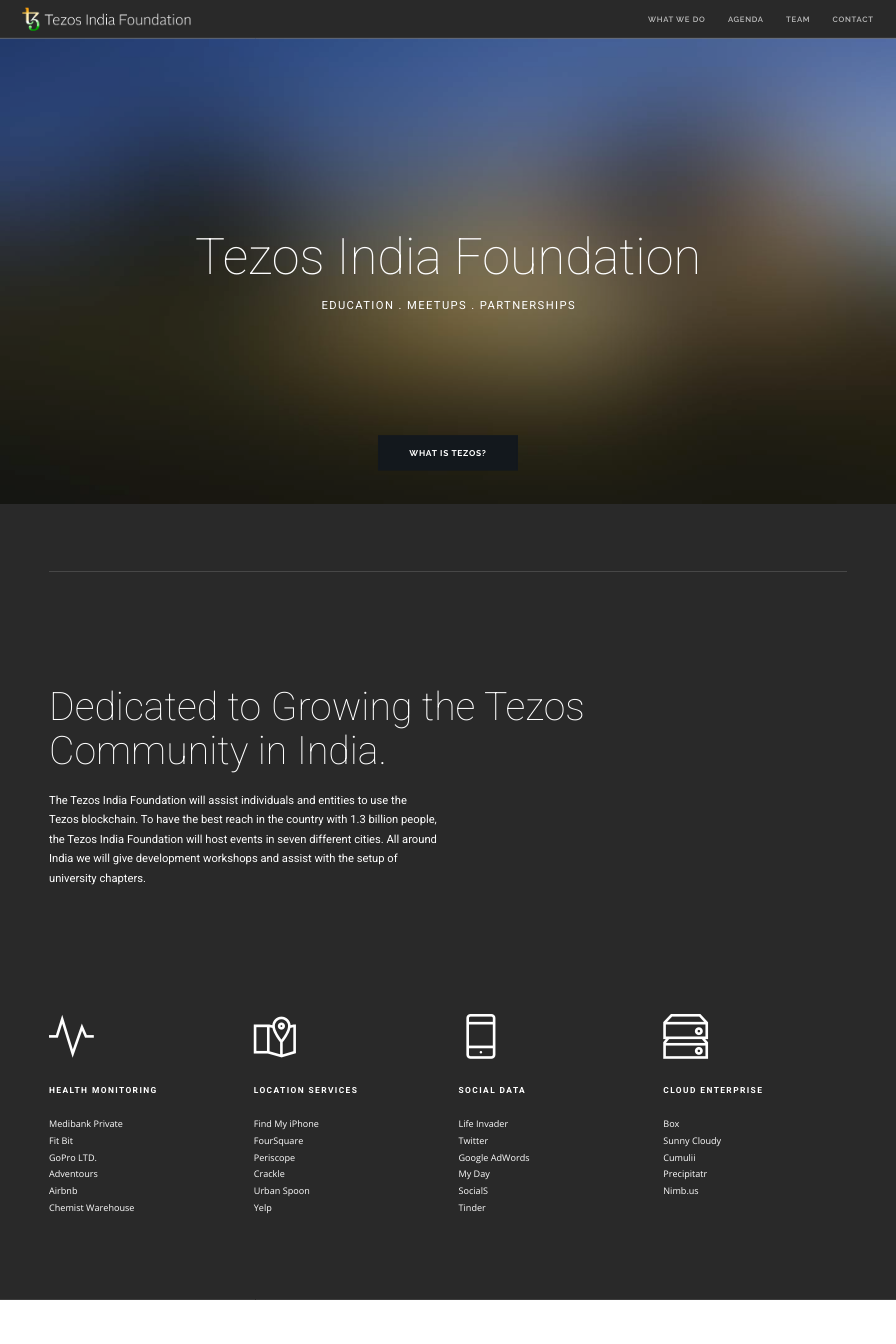
Repository: Tezos-India-Foundation/TIF-Website
Page: Tezos India Website/page.html
These files come from the project's save history. The page is drawn as it stood at one moment and after the next save; the edit follows.
The browser window is 1280 px wide. The pictures show the part of the page from y = 0 to 1920 px (the page is 4133 px tall), at 70% of full size.

Above is the page before, as saved 2019-08-06 15:25:07.

### Tezos India Website/page.html
<!doctype html>
<html lang="en">

<head>
	<meta charset="utf-8">
	<title></title>
	<meta name="viewport" content="width=device-width, initial-scale=1.0">
	<link href="css/font-awesome.min.css" rel="stylesheet" type="text/css" media="all">
	<link href="css/themify-icons.css" rel="stylesheet" type="text/css" media="all" />
	<link href="css/bootstrap.css" rel="stylesheet" type="text/css" media="all" />
	<link href="css/theme-nearblack.css" rel="stylesheet" type="text/css" media="all" />
	<link href="css/custom.css" rel="stylesheet" type="text/css" media="all" />
	<link
		href='http://fonts.googleapis.com/css?family=Lato:300,400%7CRaleway:100,400,300,500,600,700%7COpen+Sans:400,500,600'
		rel='stylesheet' type='text/css'>
	<link href="http://fonts.googleapis.com/css?family=Roboto:100,300,400,600,700" rel="stylesheet" type="text/css">
	<link href="css/font-roboto.css" rel="stylesheet" type="text/css">
</head>

<body>

	<div class="nav-container">




		<nav class="bg-dark">
			<div class="nav-bar">
				<div class="module left">
					<a href="index.html">
						<img class="logo logo-light" alt="Foundry" src="img\logo with text.png">
						<img class="logo logo-dark" alt="Foundry" src="img/logo-dark.png">
					</a>
				</div>
				<div class="module widget-handle mobile-toggle right visible-sm visible-xs">
					<i class="ti-menu"></i>
				</div>
				<div class="module-group right">
					<div class="module left">
						<ul class="menu">
							<li>
								<a href="#">What We Do</a>
							</li>
							<li>
								<a href="#">Agenda</a>
							</li>
							<li>
								<a href="#">Team</a>
							</li>
							<li>
								<a href="#">Contact</a>
							</li>
					</div>

				</div>
		</nav>





















































































	</div>

	<div class="main-container">





		<section class="cover fullscreen image-bg overlay">
			<div class="background-image-holder">
				<img alt="image" class="background-image" src="img/prop1.jpg">
			</div>
			<div class="container v-align-transform">
				<div class="row">
					<div class="col-sm-12 text-center">
						<h1 class="large mb16">Tezos India Foundation</h1>
						<h5 class="uppercase mb0">Education . meetups . partnerships</h5>
					</div>
				</div>

			</div>

			<div class="align-bottom relative-xs text-center" id="buttonslanding">
				<a class="btn btn-filled btn-lg mb32 mt-xs-40" href="#">What is Tezos?</a>
			</div>
		</section>
		<section class="bg-dark">
			<div class="container">
				<div class="row">
					<div class="col-sm-12">

						<hr class="mb160 mb-xs-24">
					</div>
				</div>

				<div class="row">
					<div class="col-md-10">
						<h1 class="thin">Dedicated to Growing the Tezos Community in India.</h1>
					</div>
				</div>

				<div class="row mb160 mb-xs-0">
					<div class="col-md-6 col-sm-8">
						<p class="lead">The Tezos India Foundation will assist individuals and
							entities to use the Tezos blockchain. To have the best reach in the country with 1.3 billion
							people, the Tezos India Foundation will host events in seven different cities. All around
							India we will give development workshops and assist with the setup of university
							chapters.&nbsp;</p>
					</div>
				</div>

				<div class="row">
					<div class="col-md-3 col-sm-6 mb-xs-24">
						<i class="ti-pulse icon mb32"></i>
						<h6 class="uppercase">Health Monitoring</h6>
						<ul>
							<li>Medibank Private</li>
							<li>Fit Bit</li>
							<li>GoPro LTD.</li>
							<li>Adventours</li>
							<li>Airbnb</li>
							<li>Chemist Warehouse</li>
						</ul>
					</div>
					<div class="col-md-3 col-sm-6 mb-xs-24">
						<i class="ti-map-alt icon mb32"></i>
						<h6 class="uppercase">Location Services</h6>
						<ul>
							<li>Find My iPhone</li>
							<li>FourSquare</li>
							<li>Periscope</li>
							<li>Crackle</li>
							<li>Urban Spoon</li>
							<li>Yelp</li>
						</ul>
					</div>
					<div class="col-md-3 col-sm-6 mb-xs-24">
						<i class="ti-mobile icon mb32"></i>
						<h6 class="uppercase">Social Data</h6>
						<ul>
							<li>Life Invader</li>
							<li>Twitter</li>
							<li>Google AdWords</li>
							<li>My Day</li>
							<li>SocialS</li>
							<li>Tinder</li>
						</ul>
					</div>
					<div class="col-md-3 col-sm-6 mb-xs-24">
						<i class="ti-harddrives icon mb32"></i>
						<h6 class="uppercase">Cloud Enterprise</h6>
						<ul>
							<li>Box</li>
							<li>Sunny Cloudy</li>
							<li>Cumulii</li>
							<li>Precipitatr</li>
							<li>Nimb.us</li>
						</ul>
					</div>
				</div>

			</div>

		</section>
		<section>
			<div class="container">
				<div class="row mb64 mb-xs-24">
					<div class="col-sm-12 text-center">
						<h3>Agenda</h3>

					</div>
				</div>

				<div class="row">
					<div class="col-md-offset-2 col-md-8">
						<div class="tabbed-content button-tabs">


									<div class="tab-content text-left">
										<div>
											<div class="overflow-hidden">
												<img alt="Pic" class="mb24 pull-left" src="img/avatar1.png">
												<div class="pull-left p32 p0-xs pt24">
													<h6 class="uppercase mb8 number">September 4, 2019 - 18:00</h6>
													<h4>Tezos Meetup in Delhi</h4>
												</div>
											</div>
											<p>
												Neque porro quisquam est, qui dolorem ipsum quia dolor sit amet,
												consectetur, adipisci velit, sed quia non numquam eius modi tempora
												incidunt ut labore et dolore magnam aliquam quaerat voluptatem. Ut enim
												ad minima veniam, quis nostrum exercitationem ullam corporis suscipit
												laboriosam, nisi ut aliquid ex ea commodi consequatur?
											</p>
											<hr class="mt40 mb40 mt-xs-0 mb-xs-24">
										</div>
										<div>
											<div class="overflow-hidden">
												<img alt="Pic" class="mb24 pull-left" src="img/avatar2.png">
												<div class="pull-left p32 p0-xs pt24">
													<h6 class="uppercase mb8 number">September 5, 2019 - 18:00</h6>
													<h4>Developer Workshop at ITT Delhi</h4>
												</div>
											</div>
											<p>
												Sed ut perspiciatis unde omnis iste natus error sit voluptatem
												accusantium doloremque laudantium, totam rem aperiam, eaque ipsa quae ab
												illo inventore veritatis et quasi architecto beatae vitae dicta sunt
												explicabo. Nemo enim ipsam voluptatem quia voluptas sit aspernatur aut
												odit aut fugit, sed quia consequuntur magni
											</p>
											<hr class="mt40 mb40 mt-xs-0 mb-xs-24">
										</div>
										<div>
											<div class="overflow-hidden">
												<img alt="Pic" class="mb24 pull-left" src="img/avatar2.png">
												<div class="pull-left p32 p0-xs pt24">
													<h6 class="uppercase mb8 number">September 5, 2019 - 18:00</h6>
													<h4>Developer Workshop at ITT Delhi</h4>
												</div>
											</div>
											<p>
												Sed ut perspiciatis unde omnis iste natus error sit voluptatem
												accusantium doloremque laudantium, totam rem aperiam, eaque ipsa quae ab
												illo inventore veritatis et quasi architecto beatae vitae dicta sunt
												explicabo. Nemo enim ipsam voluptatem quia voluptas sit aspernatur aut
												odit aut fugit, sed quia consequuntur magni
											</p>
											<hr class="mt40 mb40 mt-xs-0 mb-xs-24">
										</div>
									</div>

						</div>

					</div>
				</div>


		</section>
		<section class="bg-dark">
			<div class="container">
				<div class="row">
					<div class="col-md-4 col-sm-6">
						<div class="image-tile outer-title text-center">
							<img alt="Pic" src="img/team-1.jpg">
							<div class="title mb16">
								<h5 class="uppercase mb0">Bernd Oostrum</h5>
								<span>Director</span>
							</div>
							<p class="mb0">
								Sed ut perspiciatis unde omnis iste natus error sit voluptatem accusantium doloremque
								laudantium, totam rem aperiam, eaque ipsa quae ab illo inventore veritatis.
							</p>
						</div>
					</div>
					<div class="col-md-4 col-sm-6">
						<div class="image-tile outer-title text-center">
							<img alt="Pic" src="img/team-2.jpg">
							<div class="title mb16">
								<h5 class="uppercase mb0">Om Malviya</h5>
								<span>Director</span>
							</div>
							<p class="mb0">
								Sed ut perspiciatis unde omnis iste natus error sit voluptatem accusantium doloremque
								laudantium, totam rem aperiam, eaque ipsa quae ab illo inventore veritatis.
							</p>
						</div>
					</div>
					<div class="col-md-4 col-sm-6">
						<div class="image-tile outer-title text-center">
							<img alt="Pic" src="img/team-3.jpg">
							<div class="title mb16">
								<h5 class="uppercase mb0">Gokul Alex</h5>
								<span>Director</span>
							</div>
							<p class="mb0">
								Sed ut perspiciatis unde omnis iste natus error sit voluptatem accusantium doloremque
								laudantium, totam rem aperiam, eaque ipsa quae ab illo inventore veritatis.
							</p>
						</div>
					</div>
				</div>

			</div>

		</section>
		<section class="bg-primary">
			<div class="container">
				<div class="row">
					<div class="col-sm-12 text-center">
						<h3 class="mb0 inline-block p32 p0-xs">Interested in exploring Tezos?</h3>
						<a class="btn btn-lg btn-white mb8 mt-xs-24" href="#">Reach out</a>
					</div>
				</div>

			</div>

		</section>
		<footer class="footer-2 bg-dark text-center-xs">
			<div class="container">
				<div class="row">
					<div class="col-sm-4">
						<a href="#"><img class="image-xxs fade-half" alt="Pic" src="img\logo with text.png"></a>
					</div>

					<div class="col-sm-5 text-center">
						<span class="fade-half">
							© Copyright 2019 Tezos India Foundation - All Rights Reserved
						</span>
					</div>

					<div class="col-sm-3 text-right text-center-xs">
						<ul class="list-inline social-list">
							<li><a href="#"><i class="ti-twitter-alt"></i></a></li>
							<li><a href="#"><i class="ti-facebook"></i></a></li>
							<li><a href="#"><i class="ti-linkedin"></i></a></li>

						</ul>
					</div>
				</div>
			</div>
		</footer>
	</div>


	<script src="js/jquery.min.js"></script>
	<script src="js/bootstrap.min.js"></script>
	<script src="js/parallax.js"></script>
	<script src="js/scripts.js"></script>
</body>

</html>

### Tezos India Website/css/custom.css
/****** PLACE YOUR CUSTOM STYLES HERE ******/

#buttonslanding {

}

Loaded but not shown: Tezos India Website/css/font-awesome.min.css (library); Tezos India Website/css/themify-icons.css (common file); Tezos India Website/css/bootstrap.css (library); Tezos India Website/css/font-roboto.css (common file); Tezos India Website/js/jquery.min.js (library); Tezos India Website/js/bootstrap.min.js (library); Tezos India Website/js/parallax.js (library); Tezos India Website/js/scripts.js (1387 lines, source omitted); Tezos India Website/css/theme-nearblack.css (5712 lines, source omitted)

After the next save:
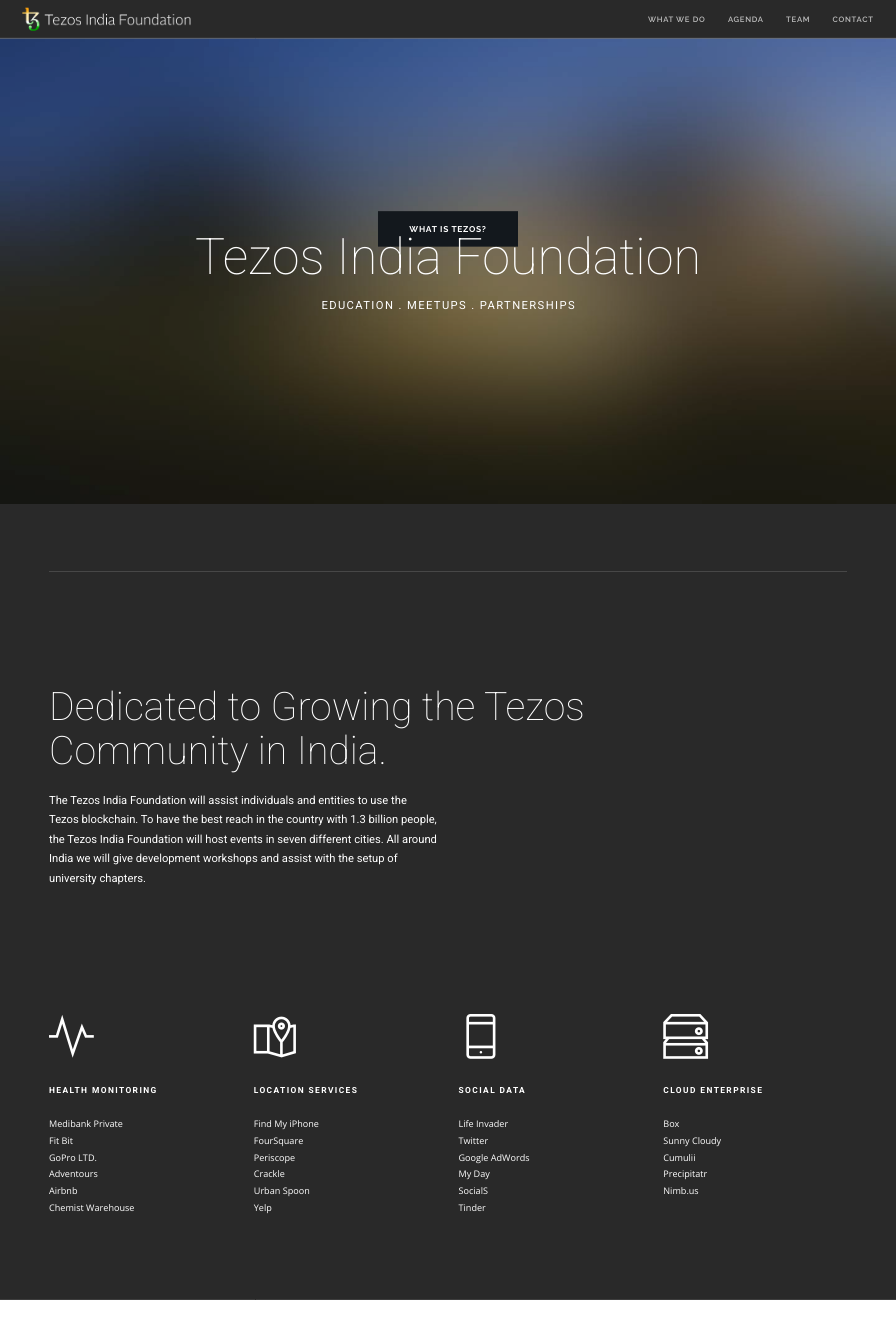
Saved 14 s later.
--- a/Tezos India Website/css/custom.css
+++ b/Tezos India Website/css/custom.css
@@ -1,5 +1,5 @@
 /****** PLACE YOUR CUSTOM STYLES HERE ******/
 
 #buttonslanding {
-
+    padding-bottom: 25%;
 }
